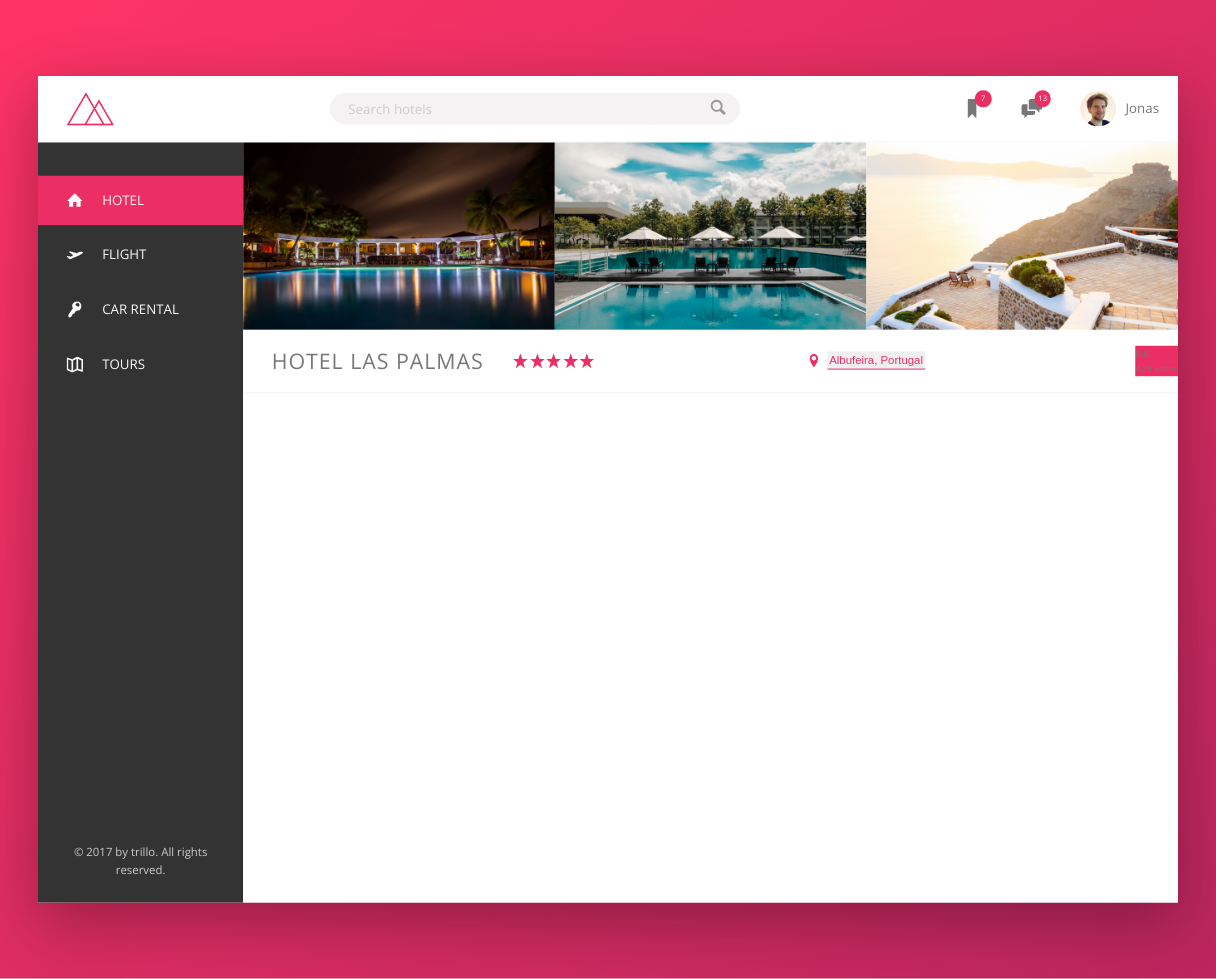
Repository: MalgorzataMazur/Trillo
Page: index.html
The author's editor kept a copy of each file at every save. The page is drawn from the files as they stood at one save, then again after the next save.
The browser window is 1280 px wide. The pictures show the whole page, at 95% of full size.
The style sheet was rebuilt from its Sass, Less or Tailwind sources for each picture, by a compiler version that may differ from the author's.

Above is the page before, as saved 2020-03-27 15:57:28.

After the next save:
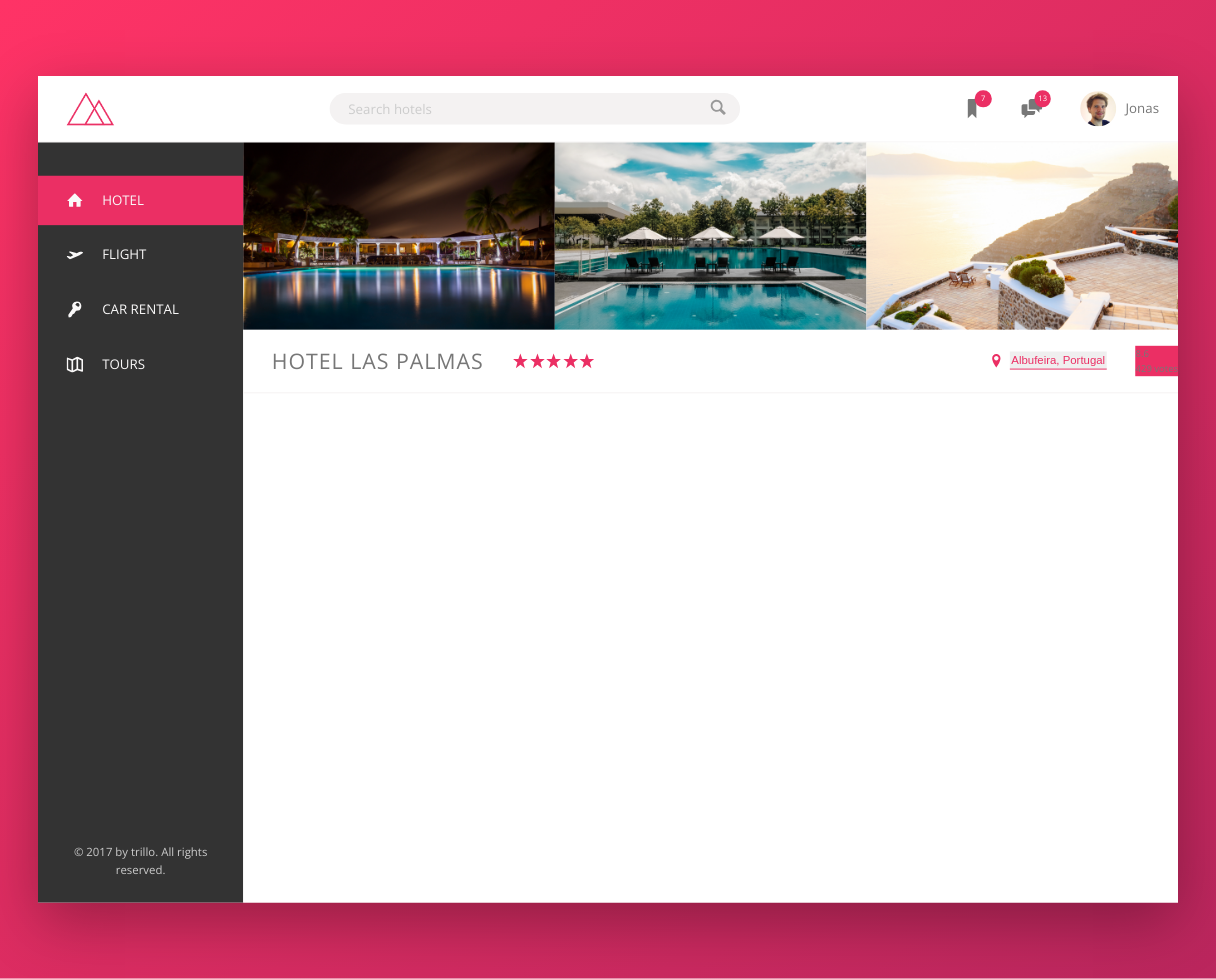
Saved 19 s later.
--- a/sass/_components.scss
+++ b/sass/_components.scss
@@ -246,7 +246,7 @@
 
     &__rating {
         background-color: var(--color-primary);
-        margin-left: auto;
+        margin-left: 3rem;
     }
 
     &__rating-average {
